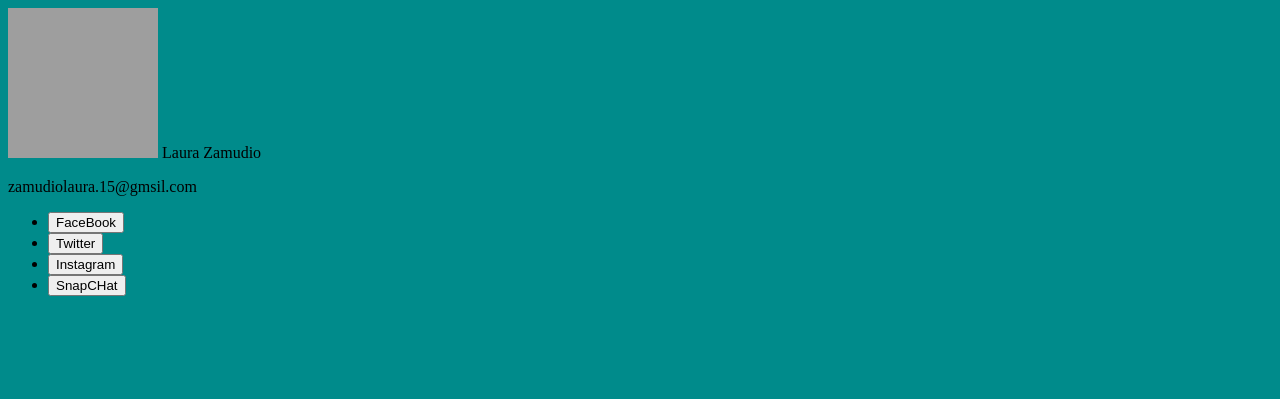
Repository: ZamlZam/LINK.
Page: index.html
An editor plug-in stored every save of this project. The page is shown before and after a run of saves, followed by the edit.
The browser window is 1280 px wide. The pictures show the whole page.
Pictures or frames that could not be fetched are drawn as grey boxes.

Above is the page before, as saved 2023-04-16 15:42:01.

After the next 3 saves:
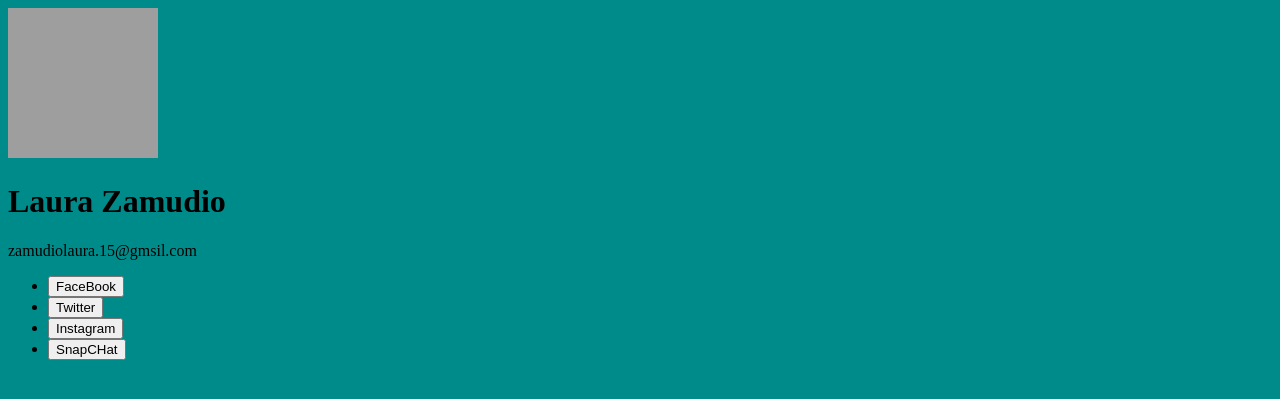
The 3 saves are shown as one change because they came seconds apart.
The last was saved 31 s later.
--- a/index.html
+++ b/index.html
@@ -9,7 +9,7 @@
 </head>
 <body>
   <img src="https://www.finewinedelivery.co.nz/content/products/original/16561.jpg?width=1136" height = "150px" width="150px" alt="">
-  <hi> Laura Zamudio</hi>
+  <h1> Laura Zamudio</h1>
   <p>zamudiolaura.15@gmsil.com</p>
   <ul class="links">
  <div class="d-grid gap-2 col-6 mx-auto">
